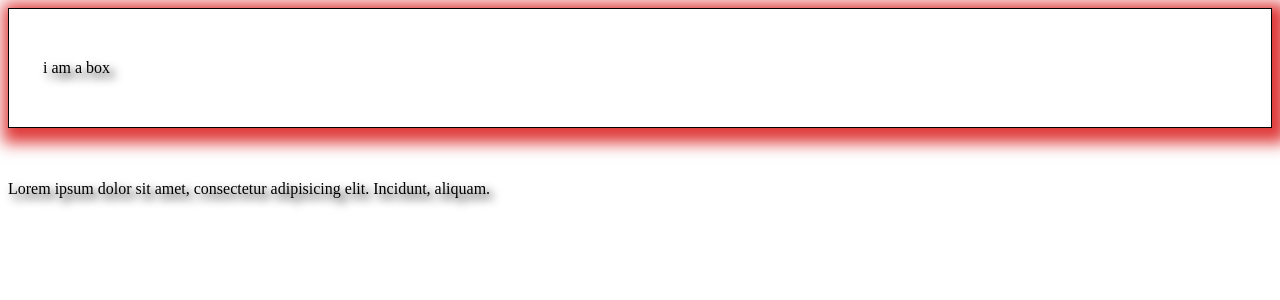
Repository: diensy/Web_dev
Page: Css/Shadows/shadow.html
An editor plug-in stored every save of this project. The page is shown before and after a run of saves, followed by the edit.
The browser window is 1280 px wide. The pictures show the whole page.

Above is the page before, as saved 2024-05-25 20:25:32.

After the next 3 saves:
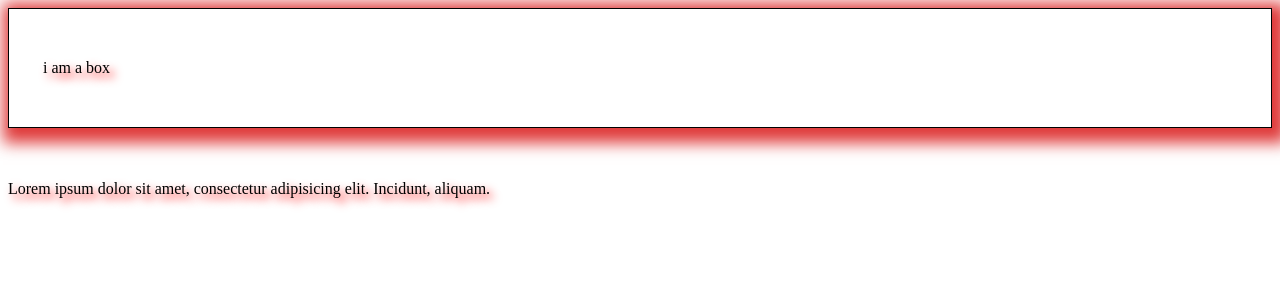
The 3 saves are shown as one change because they came seconds apart.
The last was saved 15 s later.
--- a/Css/Shadows/shadow.css
+++ b/Css/Shadows/shadow.css
@@ -4,5 +4,5 @@
     box-shadow: 5px 5px 15px 10px rgba(214, 1, 1, 0.772) ;
 }
 p{
-    text-shadow: 5px 5px 10px #000000;
+    text-shadow: 5px 5px 10px #ff0404;
 }

After the 2 saves that followed:
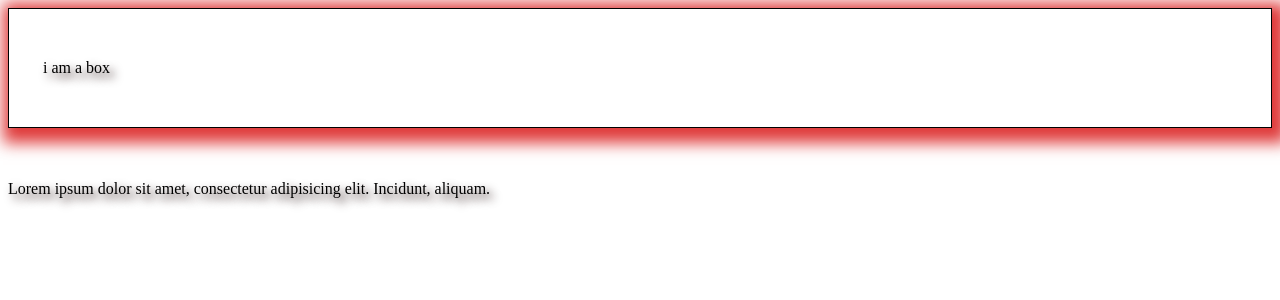
The 2 saves are shown as one change because they came seconds apart.
The last was saved 7 s later.
--- a/Css/Shadows/shadow.css
+++ b/Css/Shadows/shadow.css
@@ -4,5 +4,5 @@
     box-shadow: 5px 5px 15px 10px rgba(214, 1, 1, 0.772) ;
 }
 p{
-    text-shadow: 5px 5px 10px #ff0404;
+    text-shadow: 5px 5px 10px #2e1919;
 }
